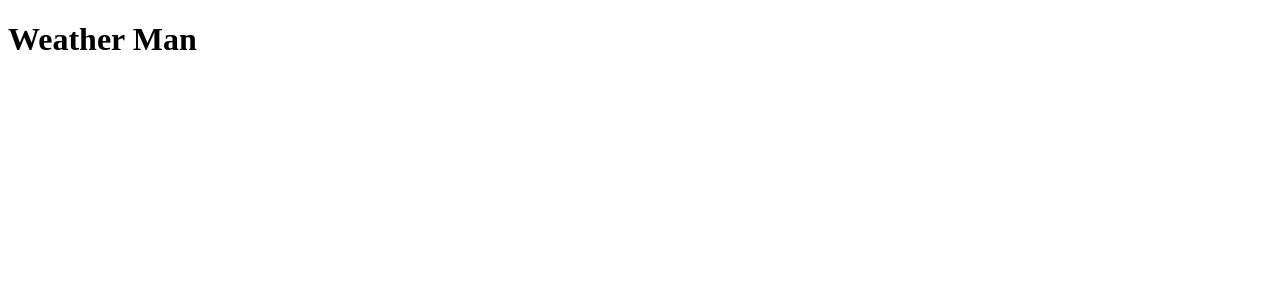
Repository: zackaroo20/Web-Assignment4-API
Page: index.html
The author's editor kept a copy of each file at every save. The page is drawn from the files as they stood at one save, then again after the next save.
The browser window is 1280 px wide. The pictures show the whole page.

Above is the page before, as saved 2026-11-14 17:47:00.

After the next save:
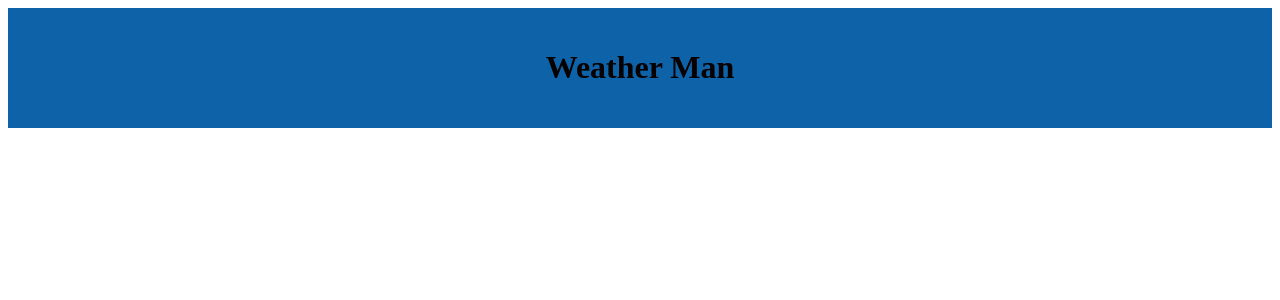
Saved 10 s later.
--- a/fancy.css
+++ b/fancy.css
@@ -1,6 +1,6 @@
-.center {
-  display: flex;
-  justify-content: center; /* Centers horizontally */
-  align-items: center;     /* Centers vertically */
-  height: 100vh;           /* Example height */
+
+header {
+  background-color: #0e63a8;
+  padding: 20px;
+  text-align: center;
 }
